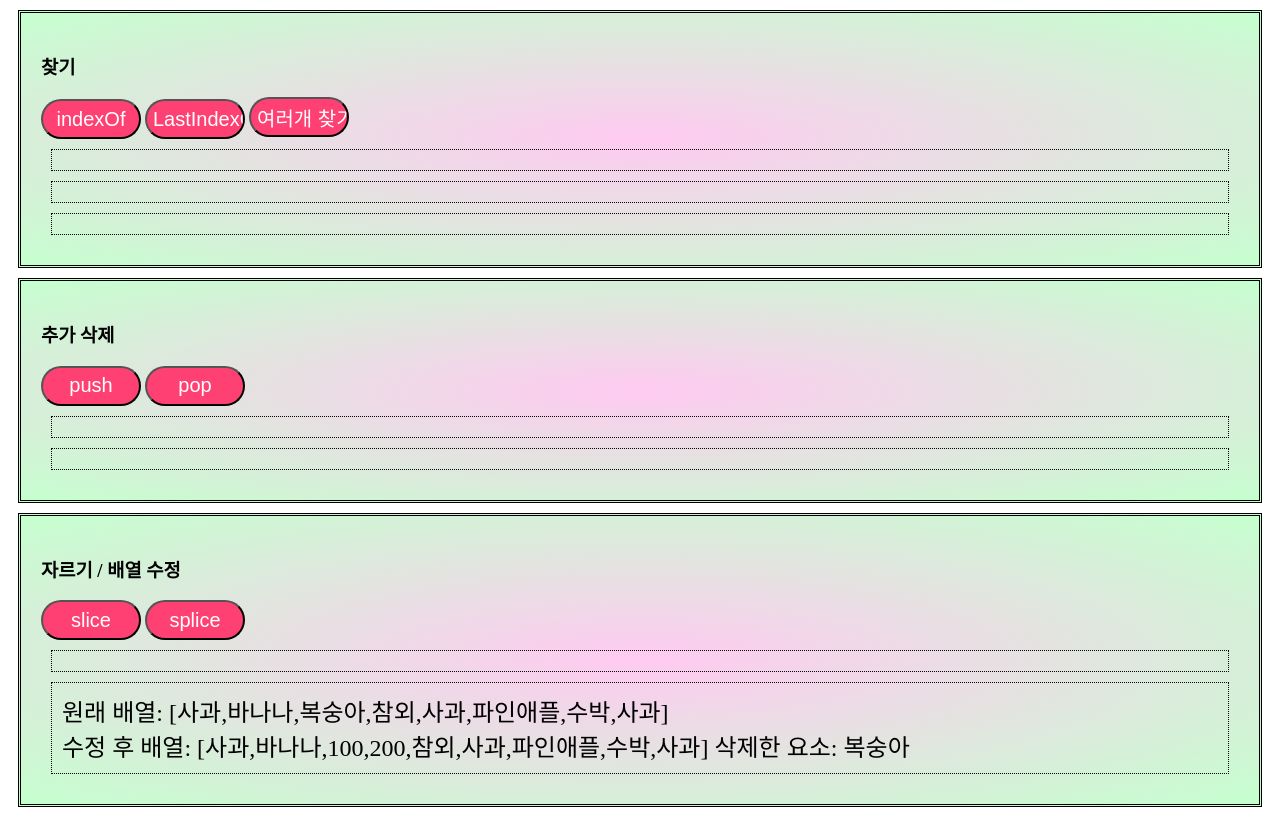
Repository: choidazzi/DDIT
Page: web programming/html/webpro/src/main/webapp/0508/배열메소드.html
These files come from the project's save history. The page is drawn as it stood at one moment and after the next save; the edit follows.
The browser window is 1280 px wide. The pictures show the whole page.
After loading, the first visible `input[onclick="proc7()"]` was clicked once.

Above is the page before, as saved 2023-05-09 01:36:52.

### web programming/html/webpro/src/main/webapp/0508/배열메소드.html
<!DOCTYPE html>
<html>
<head>
<meta charset="UTF-8">
<title>배열메소드</title>
<link rel="stylesheet" href="../css/my.css">

<script>
const arr = ["사과", "바나나", "복숭아", "참외", "사과", "파인애플", "수박", "사과"];

function proc1(){

	//찾는 과일 이름입력
	fr = prompt("찾는 과일입력");

	//입력한 이름의 과일이 배열에서 몇번째 있는지 검사 - indexOf(과일이름)
	idx = arr.indexOf(fr);

	//결과를 출력
	str = `찾는 과일 ${fr}<br>`;

	if(idx < 0){
		str += "없습니다"
	}else{
		str += `${idx}번째 있습니다`
	}

	document.getElementById('result1').innerHTML = str;
}

proc2 = function(){
	//입력
	fr = prompt("입력하세요.");

	//출력내용
	str = `찾는 과일 ${fr} <br>`;

	//찾기
	idx = arr.lastIndexOf(fr);

	if (idx == -1) {
		str += `없습니다.`
	} else {
		str += `${idx} 번째 있습니다.`
	}

	document.getElementById('result2').innerHTML = str;
}

proc3 = () => {
	//입력
	fr = prompt("입력하세요.");

	//출력내용
	str = `찾는 과일 ${fr} <br>`;

	//찾기
	idx = 0;
	//찾은 결과를 누적시키는 변수 0, 4, 7 번째 (사과를 찾는다면)
	str = "index : ";
	flag = true;
	while(true) {
		//사과, 0번째
		//indexOf(item, start); 배열에서 요소를 찾아 위치를 반환한다.
		idx = arr.indexOf(fr, idx);

		if (idx == -1) break;

		str += `[${idx}], `;
		idx ++;
		flag = false;
	}
	//찾는과일 : 사과
	// 0,4,7, => 마지막 콤마 지우기
	a = str.lastIndexOf(',');
	str = str.slice(0, a);

	if (flag) str += `${fr} 은(는) 없습니다.`;
	else str += ` 번째 있습니다.`;

	document.getElementById('result3').innerHTML = str;
}
function proc4() {
	console.log(arr);
	// 배열에 추가 - push (a,b,c ...)

	str = `원래 배열: [${arr}] <br>`;

	arr.push("딸기", 100, 200);

	str += `추가 후 배열: [${arr}]`;

	document.getElementById('result4').innerHTML = str;
}

proc5 = () => {
	// 배열에서 - pop( return ~~ )
	str = `원래 배열: [${arr}] <br>`;

	popValue = arr.pop();

	str += `삭제 후 배열: [${arr}] <br> 삭제된 요소: ${popValue}`;

	document.getElementById('result5').innerHTML = str;
}

proc6 = () => {
	newArr = arr.slice(1,4);

	str = `원래 배열: [${arr}] <br>`;
	str += `자른 후 배열: [${newArr}]`;

	document.getElementById('result6').innerHTML = str;
}

proc7 = () => {
	//splice(index, n, a, b, c)
	//splice(2, 1, 100, 200);			//1개 삭제후 요소 넣기
	//splice(2, 0, 100, 200, 300);		//0개 삭제 후 요소 넣기
	//splice(2,3);							//2번째 위치에서 3개 삭제하기

	str = `원래 배열: [${arr}] <br>`;

	spliceArr = arr.splice(2, 1, 100, 200);

	str += `수정 후 배열: [${arr}] 삭제한 요소: ${spliceArr}`;

	document.getElementById('result7').innerHTML = str;
}
</script>
</head>
<body>
<div class="box">
  <h3>찾기</h3>

  <input type="button" value="indexOf" onclick="proc1()">
  <input type="button" value="LastIndexOf" onclick="proc2()">
  <input type="button" value="여러개 찾기" onclick="proc3()">

  <div id="result1" class="result"></div>
  <div id="result2" class="result"></div>
  <div id="result3" class="result"></div>
</div>

<div class="box">
  <h3>추가 삭제</h3>

  <input type="button" value="push" onclick="proc4()">
  <input type="button" value="pop" onclick="proc5()">

  <div id="result4" class="result"></div>
  <div id="result5" class="result"></div>
</div>

<div class="box">
  <h3>자르기 / 배열 수정</h3>

  <input type="button" value="slice" onclick="proc6()">
  <input type="button" value="splice" onclick="proc7()">

  <div id="result6" class="result"></div>
  <div id="result7" class="result"></div>
</div>

</body>
</html>

### web programming/html/webpro/src/main/webapp/css/my.css
@charset "UTF-8";

pre {
	border: 4px double steelblue;
	border-left: none;
	border-right: none;
	background: #defedf;
	padding: 20px;
	margin: 10px;
	font-size: 1.5em;
}

.box {
	border: 3px double #000;
	margin: 10px;
	padding: 20px;
	background-image: radial-gradient(#FFCAF1,#C5FFCE);
}

.box input[type=button], button[type="button"]  {
		background: #fe4072;
		color: #fff;
		width: 100px;
		height: 40px;
		font-size: 20px;
		border-radius: 50px;
}

.box .result {
	border: 1px dotted black;
	margin: 10px;
	padding: 10px;
	font-size: 1.5rem;
}

After the next save:
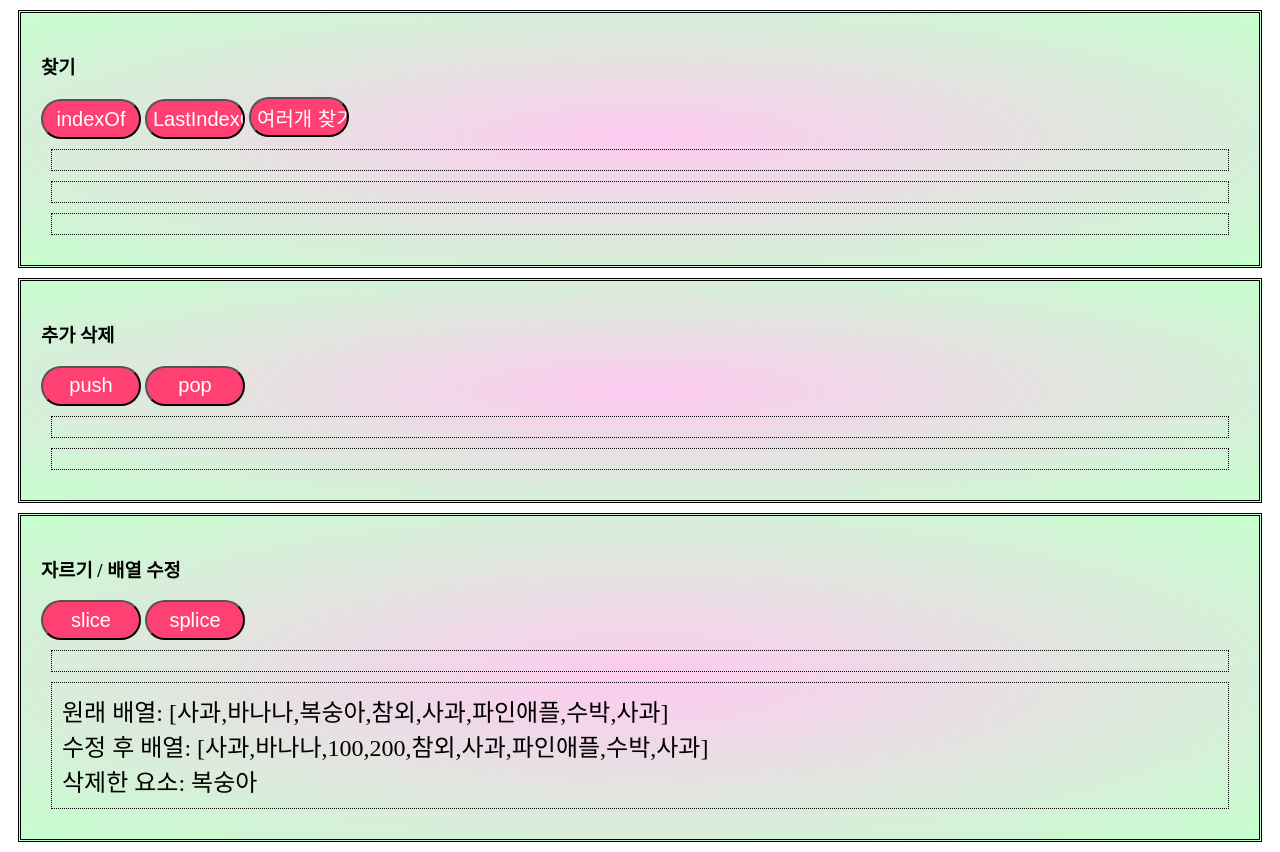
Saved 6 s later.
--- a/web programming/html/webpro/src/main/webapp/0508/배열메소드.html
+++ b/web programming/html/webpro/src/main/webapp/0508/배열메소드.html
@@ -123,7 +123,7 @@ proc7 = () => {
 
 	spliceArr = arr.splice(2, 1, 100, 200);
 
-	str += `수정 후 배열: [${arr}] 삭제한 요소: ${spliceArr}`;
+	str += `수정 후 배열: [${arr}] <br> 삭제한 요소: ${spliceArr}`;
 
 	document.getElementById('result7').innerHTML = str;
 }
